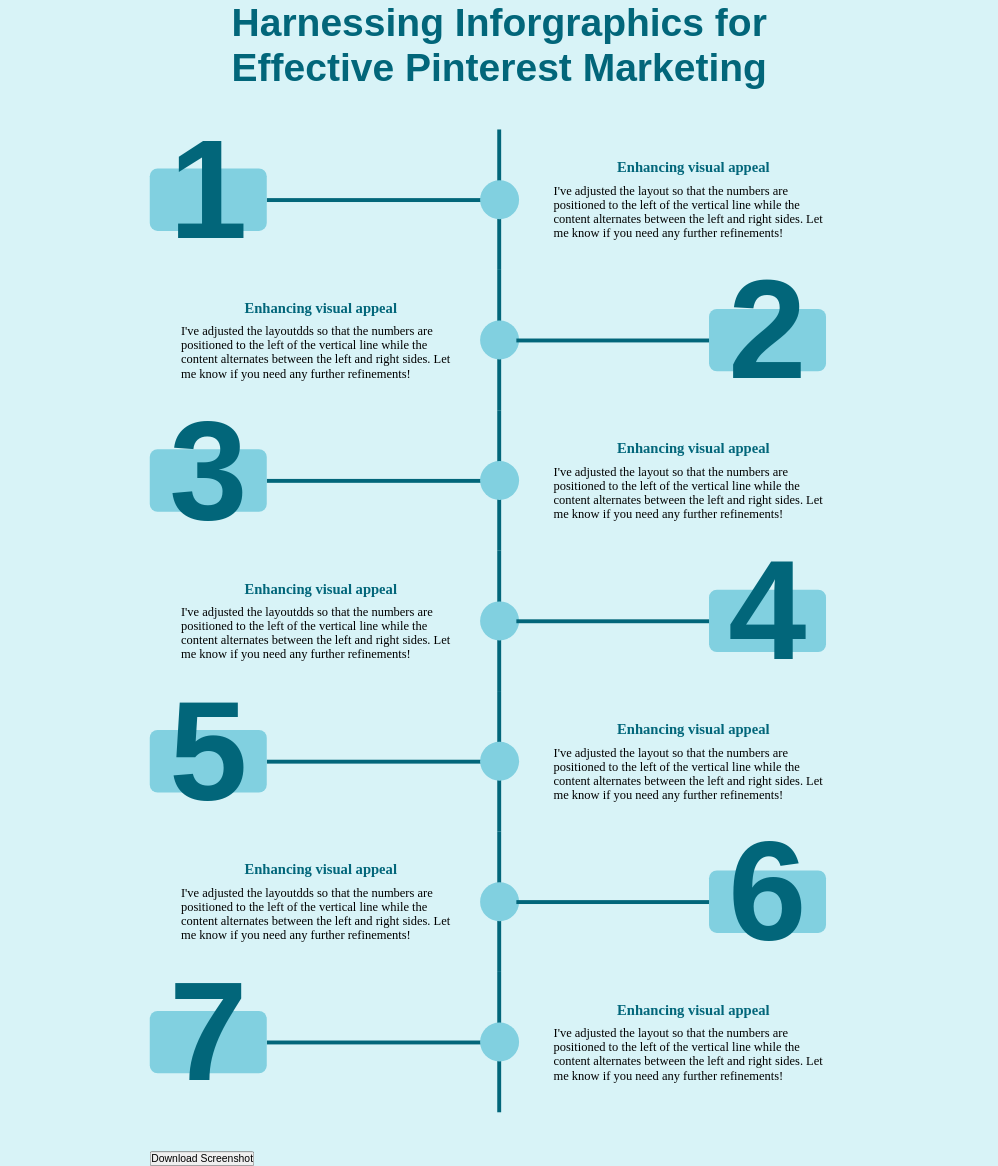
Repository: ayushrajput545/InforGraphic-page
Page: index.html
An editor plug-in stored every save of this project. The page is shown before and after the next save, followed by the edit.
The browser window is 1280 px wide. The pictures show the whole page, at 78% of full size.
Some web fonts or font styles are not loaded; a fallback is used.

Above is the page before, as saved 2025-04-02 00:21:58.

### index.html
<!DOCTYPE html>
<html lang="en">
<head>
    <meta charset="UTF-8">
    <meta name="viewport" content="width=device-width, initial-scale=1.0">
    <link rel="stylesheet" href="style.css">
    <link rel="preconnect" href="https://fonts.googleapis.com">
    <link rel="preconnect" href="https://fonts.gstatic.com" crossorigin>
    <link href="https://fonts.googleapis.com/css2?family=Protest+Riot&display=swap" rel="stylesheet">
</head>
<body>

    <h1 class="header">Harnessing Inforgraphics for Effective Pinterest Marketing</h1>



    <div class="container">

        <!-- Step 1 -->

        <div class="content-steps-odd">
            <div class="overlap">
                <h1 class="steps">1</h1>
            </div>
            <div class="line-horizontal"></div>
            <div class="line-vertical">
                <div class="circle"></div>
            </div>
            <div class="content-right">
                <h3 id="content-header">Enhancing visual appeal</h3>
                <p>I've adjusted the layout so that the numbers are positioned to the left of the vertical line while the content alternates between the left and right sides. Let me know if you need any further refinements!</p>
            </div>
        </div>


        <!-- Step 2 -->
        <div class="content-steps-even">
            <div class="content-right-even">
                <h3 id="content-header">Enhancing visual appeal</h3>
                <p>I've adjusted the layoutdds so that the numbers are positioned to the left of the vertical line while the content alternates between the left and right sides. Let me know if you need any further refinements!</p>
            </div>
             <div class="line-vertical">
                <div class="circle"></div>
            </div>
            <div class="line-horizontal-right"></div>
            <div class="overlap-even">
                <h1 class="steps-even">2</h1>
            </div>
        </div>


        <!-- Step 3 -->
        <div class="content-steps-odd">
            <div class="overlap">
                <h1 class="steps">3</h1>
            </div>
            <div class="line-horizontal"></div>
            <div class="line-vertical">
                <div class="circle"></div>
            </div>
            <div class="content-right">
                <h3 id="content-header">Enhancing visual appeal</h3>
                <p>I've adjusted the layout so that the numbers are positioned to the left of the vertical line while the content alternates between the left and right sides. Let me know if you need any further refinements!</p>
            </div>
        </div>


        <!-- Step 4 -->
        <div class="content-steps-even">
            <div class="content-right-even">
                <h3 id="content-header">Enhancing visual appeal</h3>
                <p>I've adjusted the layoutdds so that the numbers are positioned to the left of the vertical line while the content alternates between the left and right sides. Let me know if you need any further refinements!</p>
            </div>
             <div class="line-vertical">
                <div class="circle"></div>
            </div>
            <div class="line-horizontal-right"></div>
            <div class="overlap-even">
                <h1 class="steps-even">4</h1>
            </div>
        </div>


        <!-- Step 5 -->
        <div class="content-steps-odd">
            <div class="overlap">
                <h1 class="steps">5</h1>
            </div>
            <div class="line-horizontal"></div>
            <div class="line-vertical">
                <div class="circle"></div>
            </div>
            <div class="content-right">
                <h3 id="content-header">Enhancing visual appeal</h3>
                <p>I've adjusted the layout so that the numbers are positioned to the left of the vertical line while the content alternates between the left and right sides. Let me know if you need any further refinements!</p>
            </div>
        </div>


        <!-- Step 6 -->
        <div class="content-steps-even">
            <div class="content-right-even">
                <h3 id="content-header">Enhancing visual appeal</h3>
                <p>I've adjusted the layoutdds so that the numbers are positioned to the left of the vertical line while the content alternates between the left and right sides. Let me know if you need any further refinements!</p>
            </div>
             <div class="line-vertical">
                <div class="circle"></div>
            </div>
            <div class="line-horizontal-right"></div>
            <div class="overlap-even">
                <h1 class="steps-even">6</h1>
            </div>
        </div>



        <!-- Step 7 -->
        <div class="content-steps-odd">
            <div class="overlap">
                <h1 class="steps">7</h1>
            </div>
            <div class="line-horizontal"></div>
            <div class="line-vertical">
                <div class="circle"></div>
            </div>
            <div class="content-right">
                <h3 id="content-header">Enhancing visual appeal</h3>
                <p>I've adjusted the layout so that the numbers are positioned to the left of the vertical line while the content alternates between the left and right sides. Let me know if you need any further refinements!</p>
            </div>
        </div>

        <button class="download-btn">Download Screenshot</button>
    </div>


    <script src="https://unpkg.com/scrollreveal"></script>
    <script src="index.js" ></script>

</body>
</html>

### style.css
*{
    margin: 0;
    padding: 0;
    box-sizing: border-box;
}

body{
    background-color: #d8f3f7;;
}

.header{
    font-family: "Protest Riot", sans-serif;
    text-align: center;
    max-width: 60%;
    margin: auto;
    font-size: 50px;
    font-weight: bold;
    color: #02667a;
}

.container{
    position: relative;
    width: 70%;
    margin: auto;
    margin-top: 100px;
}

.content-steps-odd{
    display: flex;
    align-items: center;
    position: relative;
    margin-bottom: 100px;
}

.overlap{
    background-color: #81d0e0;
    width: 150px;
    height: 80px;
    position: relative;
    z-index: 1;
    display: flex;
    justify-content: center;
    border-radius: 10px;
}

.steps{
    font-family: "Protest Riot", sans-serif;
    font-size: 180px;
    font-weight: bold;
    color: #02667a;
    position: absolute;
    z-index: 2;
    bottom: -50px;
}

.line-horizontal{
    background-color: #02667a;
    width: 35%;
    height: 5px;
    position: relative;
}

.circle {
    width: 50px;
    height: 50px;
    background-color: #81d0e0;
    border-radius: 50%;
    position: absolute;
    left: 50%;
    transform: translate(-50%, -50%);
    top: 90px;
}



.line-vertical {
    width: 5px;
    height: 180px;
    background-color: #02667a;
    position: absolute;
    left: 50%;
    transform: translateX(-50%);

}

.content-right{
    width: 40%;
    position: absolute;
    right: 20px
}

.content-right h3{
    color: #02667a;
    text-align: center;
    margin-bottom: 10px;
}



/* Even */
.content-steps-even{
    display: flex;
    align-items: center;
    position: relative;
    margin-bottom: 100px;
}

.overlap-even{
    background-color: #81d0e0;
    width: 150px;
    height: 80px;
    position: relative;
    left:80%;
    z-index: 1;
    display: flex;
    justify-content: center;
    border-radius: 10px;
}

.steps-even{
    font-family: "Protest Riot", sans-serif;
    font-size: 180px;
    font-weight: bold;
    color: #02667a;
    position: absolute;
    z-index: 2;
    bottom: -50px;

}


.line-horizontal-right {
    background-color: #02667a;
    width: 30%;
    height: 5px;
    position: absolute;
    left: 52.5%;
    transform: translateX(0); /* Starts from the circle */

}

.content-right-even{
    width: 40%;
    position: absolute;
    left: 40px
}

.content-right-even h3{
    color: #02667a;
    text-align: center;
    margin-bottom: 10px;
}


@media(width< 921px){
    .header{
        font-size: 40px;
    }

    .line-horizontal{
        width: 30%;

    }
}

@media(width<800px){
    .header{
        font-size: 30px;
    }

    .line-horizontal{
        width: 25%;
    }

    .content-right-even{
        left: 20px;
    }
}

@media(width<700px){

    .container{
        width: 100%;
    }

}

@media(width<514px){
    .header{
        font-size: 20px;
    }

    .overlap{
        width: 100px;
        height:50px
    }

    .steps{
        font-size: 100px;
        bottom: -30px;
    }

    .circle{
        width: 40px;
        height: 40px;
    }

    .line-horizontal{
        width: 28%;
    }


    .overlap-even{
        width: 100px;
        height:50px
    }

    .steps-even{
        font-size: 100px;
        bottom: -30px;
    }

    .content-right{
        font-size: 12px;
        right: 10px;
    }

    .content-right-even{
        font-size: 12px;

    }

}

@media(width<370px){
    .line-horizontal{
        width: 20%;
    }

}

### index.js
ScrollReveal().reveal('.content-steps-odd', {
    distance: '100px',
    origin: 'right',
    duration: 1000,
    delay: 200,
    interval: 300,
    opacity: 0,
    easing: 'ease-in-out'
});

ScrollReveal().reveal('.content-steps-even', {
    distance: '100px',
    origin: 'left',
    duration: 1000,
    delay: 200,
    interval: 300,
    opacity: 0,
    easing: 'ease-in-out'
});

After the next save:
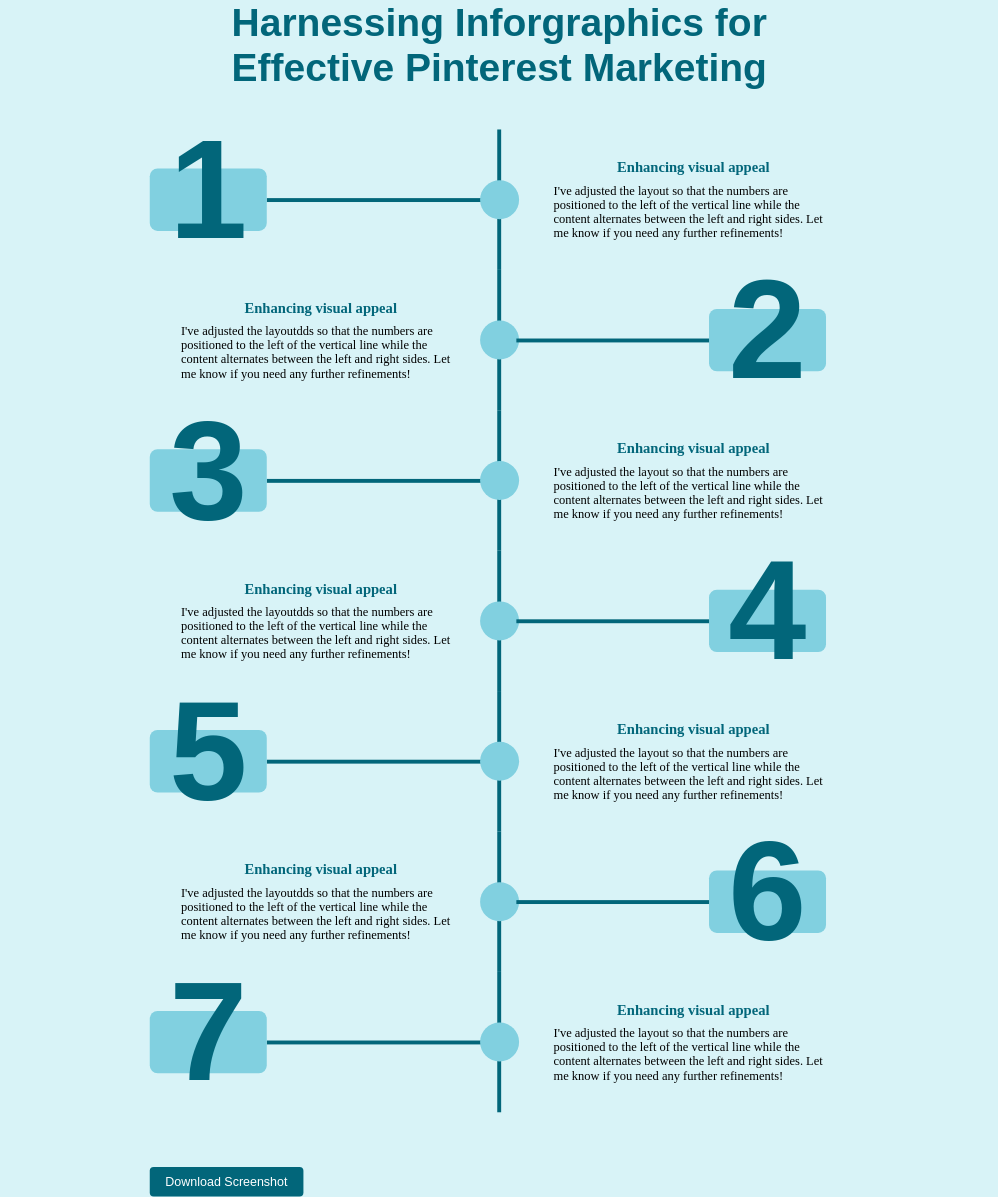
Saved 31 s later.
--- a/style.css
+++ b/style.css
@@ -151,6 +151,17 @@
     margin-bottom: 10px;
 }
 
+.download-btn {
+    margin-top: 20px;
+    padding: 10px 20px;
+    font-size: 16px;
+    color: white;
+    background-color: #02667a;
+    border: none;
+    border-radius: 5px;
+    cursor: pointer;
+}
+
 
 @media(width< 921px){
     .header{
